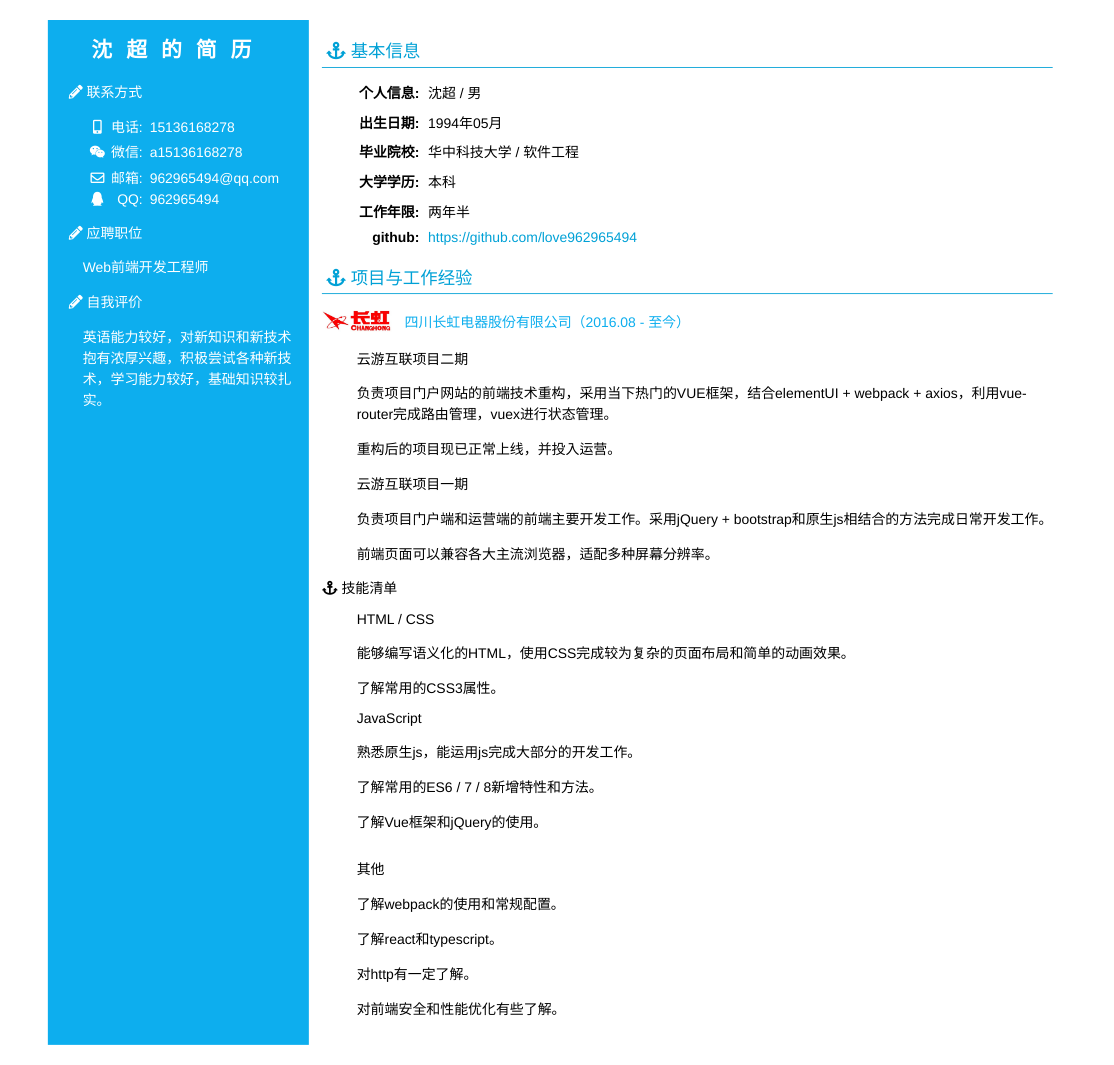
Repository: love962965494/my-resume
Page: index.html
An editor plug-in stored every save of this project. The page is shown before and after the next save, followed by the edit.
The browser window is 1280 px wide. The pictures show the whole page, at 87% of full size.
Some web libraries are served in a nearby version. The style sheet was rebuilt from its Sass, Less or Tailwind sources for each picture, by a compiler version that may differ from the author's.

Above is the page before, as saved 2018-09-02 18:16:24.

### index.html
<!DOCTYPE html>
<html lang="en">

<head>
  <meta charset="UTF-8">
  <meta name="viewport" content="width=device-width, initial-scale=1.0">
  <meta http-equiv="X-UA-Compatible" content="ie=edge">
  <title>沈超的简历</title>
  <link rel="stylesheet" href="https://use.fontawesome.com/releases/v5.0.10/css/all.css" integrity="sha384-+d0P83n9kaQMCwj8F4RJB66tzIwOKmrdb46+porD/OvrJ+37WqIM7UoBtwHO6Nlg"
    crossorigin="anonymous">
  <link rel="stylesheet" href="./styles/myResume.css">
</head>

<body>
  <div id="container" class="container">
    <!-- 左边栏 -->
    <aside class="content__left">
      <!-- 头像区域 -->
      <div class="content__left--title">
        <h1>沈超的简历</h1>
      </div>

      <!-- 联系方式区域 -->
      <div class="content__left--contact">
        <div class="title">
          <i class="fas fa-pencil-alt"></i>
          <span>联系方式</span>
        </div>
        <ul class="list">
          <li>
            <span>
              <i class="fas fa-mobile-alt"></i>
            </span>
            <span>电话:</span>
            <span>15136168278</span>
          </li>
          <li>
            <span>
              <i class="fab fa-weixin"></i>
            </span>
            <span>微信:</span>
            <span>a15136168278</span>
          </li>
          <li>
            <span>
              <i class="far fa-envelope"></i>
            </span>
            <span>邮箱:</span>
            <span>962965494@qq.com</span>
          </li>
          <li>
            <span>
              <i class="fab fa-qq"></i>
            </span>
            <span>QQ:</span>
            <span>962965494</span>
          </li>
        </ul>
      </div>

      <!-- 应聘职位区域 -->
      <div class="content__left--application">
        <span class="title">
          <i class="fas fa-pencil-alt"></i>
          <span>应聘职位</span>
        </span>
        <p class="job">Web前端开发工程师</p>
      </div>

      <!-- 个人评价区域 -->
      <div class="content__left--evaluation">
        <span class="title">
          <i class="fas fa-pencil-alt"></i>
          <span>自我评价</span>
        </span>
        <p class="evaluate">英语能力较好，对新知识和新技术抱有浓厚兴趣，积极尝试各种新技术，学习能力较好，基础知识较扎实。</p>
      </div>
    </aside>

    <!-- 右边栏 -->
    <div class="content__right">
      <!-- 基本信息 -->
      <div class="content__right--basic">
        <div class="header">
          <i class="fas fa-anchor"></i>
          <span>基本信息</span>
        </div>
        <ul class="list">
          <li>
            <span>个人信息:</span>
            <span>沈超 / 男</span>
          </li>
          <li>
            <span>出生日期:</span>
            <span>1994年05月</span>
          </li>
          <li>
            <span>毕业院校:</span>
            <span>华中科技大学 / 软件工程</span>
          </li>
          <li>
            <span>大学学历:</span>
            <span>本科</span>
          </li>
          <li>
            <span>工作年限:</span>
            <span>两年半</span>
          </li>
          <li>
            <span>github:</span>
            <span><a href="https://github.com/love962965494" target="_blank">https://github.com/love962965494</a></span>
          </li>
        </ul>
      </div>

      <!-- 项目经验 -->
      <div class="content__right--experience">
        <div class="header">
          <i class="fas fa-anchor"></i>
          <span>项目与工作经验</span>
        </div>
        <ul class="list">
          <li>
            <div class="company">
              <img src="./image/changhong.jpg" alt="长虹Logo">
              <span>四川长虹电器股份有限公司（2016.08 - 至今）</span>
            </div>
            <ul class="work-experience-list">
              <li>
                <div class="work-name circle">云游互联项目二期</div>
                <div class="work-info">
                  <p>负责项目门户网站的前端技术重构，采用当下热门的VUE框架，结合elementUI + webpack + axios，利用vue-router完成路由管理，vuex进行状态管理。</p>
                  <p>重构后的项目现已正常上线，并投入运营。</p>
                </div>
                <div class="work-picture"></div>
              </li>
              <li style="padding-top: 0">
                <div class="work-name circle">云游互联项目一期</div>
                <div class="work-info">
                  <p>负责项目门户端和运营端的前端主要开发工作。采用jQuery + bootstrap和原生js相结合的方法完成日常开发工作。</p>
                  <p>前端页面可以兼容各大主流浏览器，适配多种屏幕分辨率。</p>
                </div>
                <div class="work-picture"></div>
              </li>
            </ul>
          </li>
        </ul>
      </div>

      <!-- 技能清单 -->
      <div class="skill-info info">
        <div class="header">
          <i class="fas fa-anchor"></i>
          <span>技能清单</span>
        </div>
        <div class="content">
          <ul class="skill-list">
            <li>
              <div class="skill-name circle">HTML / CSS</div>
              <div class="skill-info">
                <p>能够编写语义化的HTML，使用CSS完成较为复杂的页面布局和简单的动画效果。</p>
                <p>了解常用的CSS3属性。</p>
              </div>
            </li>
            <li>
              <div class="skill-name circle">JavaScript</div>
              <div class="skill-info">
                <p>熟悉原生js，能运用js完成大部分的开发工作。</p>
                <p>了解常用的ES6 / 7 / 8新增特性和方法。</p>
                <p>了解Vue框架和jQuery的使用。</p>
              </div>
            </li>
            <li style="border-top: 15px solid transparent;">
              <div class="skill-name circle">其他</div>
              <div class="skill-info">
                <p>了解webpack的使用和常规配置。</p>
                <p>了解react和typescript。</p>
                <p>对http有一定了解。</p>
                <p>对前端安全和性能优化有些了解。</p>
              </div>
            </li>
          </ul>
        </div>
      </div>
    </div>
  </div>
</body>

</html>

### styles/myResume.scss
@mixin text-center {
  text-align: center;
}

@mixin row {
  grid-column: 1 / span 12;
}

@media (min-width: 992px) {
  .container {
    width: 970px;
  }
}

@media (min-width: 1200px) {
  .container {
    width: 1170px;
  }
}

html {
  font-size: 16px;
}

a,
a:hover,
a:visited {
  color: #00A1D6;
  text-decoration: none;
}

ul {
  list-style: none;
}

.container {
  display: grid;
  grid-template-columns: minmax(200px, 300px) 1fr;
  padding: 15px;
  margin: auto;
  font-family: "Helvetica Neue", Helvetica, "PingFang SC", "Hiragino Sans GB", "Microsoft YaHei", "微软雅黑", Arial, sans-serif;
}

/* ----------------------------- 左边栏 ----------------------------- */
.content__left {
  display: grid;
  grid-template-columns: repeat(12, 1fr);
  grid-template-rows: repeat(4, min-content);
  background-color: #0daeee;
  color: #fff;
  &--title {
    @include row;
    @include text-center;
    margin: 15px 0 20px;
    &>h1 {
      margin: 0;
      white-space: nowrap;
      letter-spacing: 1rem;
    }
  }
  @mixin title {
    padding-left: 1.5rem;
  }
  &--contact {
    @include row();
    &>.title {
      @include title;
    }
    &>.list {
      &>li {
        display: grid;
        grid-template-columns: 1.5rem 3rem 1fr;
        align-items: baseline;
        margin: 5px;
        &>span:nth-of-type(1) {
          text-align: center;
        }
        &>span:nth-of-type(2) {
          text-align: right;
          padding-right: .5rem;
        }
      }
    }
  }
  &--application {
    @include row();
    &>.title {
      @include title;
    }
    &>.job {
      padding-left: 40px;
    }
  }
  &--evaluation {
    @include row();
    &>.title {
      @include title;
    }
    &>.evaluate {
      padding-left: 40px;
      padding-right: 1rem;
    }
  }
}

/* ----------------------------- 右边栏 ----------------------------- */
.content__right {
  padding: 15px;
  @mixin header {
    padding: 5px;
    border-bottom: 1px solid currentColor;
    color: #00A1D6;
    font-size: 20px;
  }
  &--basic {
    &>.header {
      @include header;
    }
    &>.list {
      padding: 0;
      &>li {
        margin: 10px 2rem;
        display: grid;
        grid-template-columns: 5rem 1fr;
        grid-column-gap: 10px;
        &>span:nth-of-type(1) {
          font-weight: 600;
          text-align: right;
          white-space: nowrap;
        }
      }
    }
  }
  &--experience {
    &>.header {
      @include header;
    }

    & > .list {
      padding: 0;

      & > li {
        & > .company {
          display: flex;
          margin-bottom: 15px;
          align-items: center;
          img {
            width: 80px;
            margin-right: 15px;
          }

          span {
            color: #0daeee;
          }
        }
      }
    }
  }
}

After the next save:
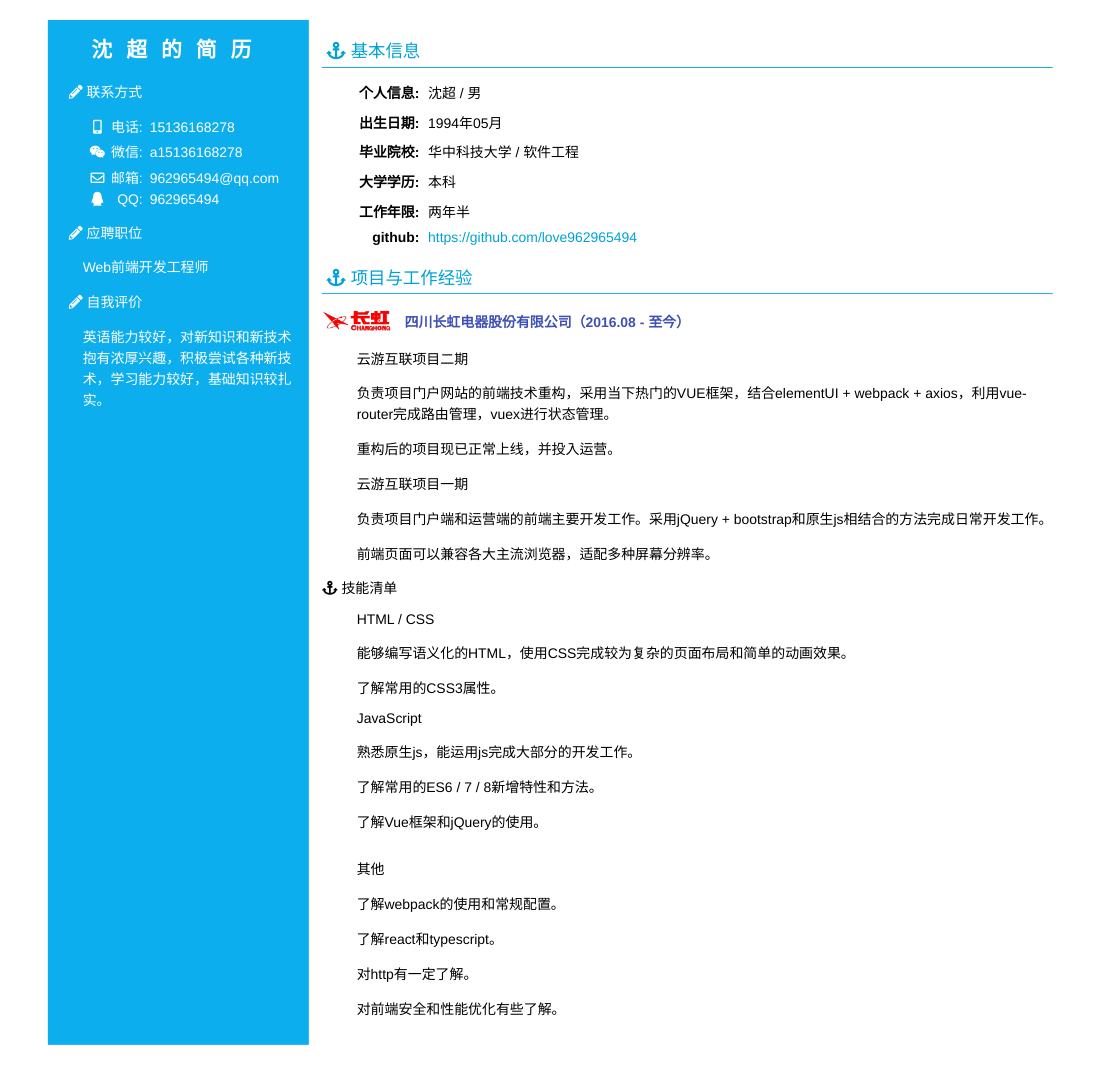
Saved 43 s later.
--- a/styles/myResume.scss
+++ b/styles/myResume.scss
@@ -150,7 +150,8 @@
           }
 
           span {
-            color: #0daeee;
+            color: #3f51b5;
+            font-weight: 600;
           }
         }
       }
